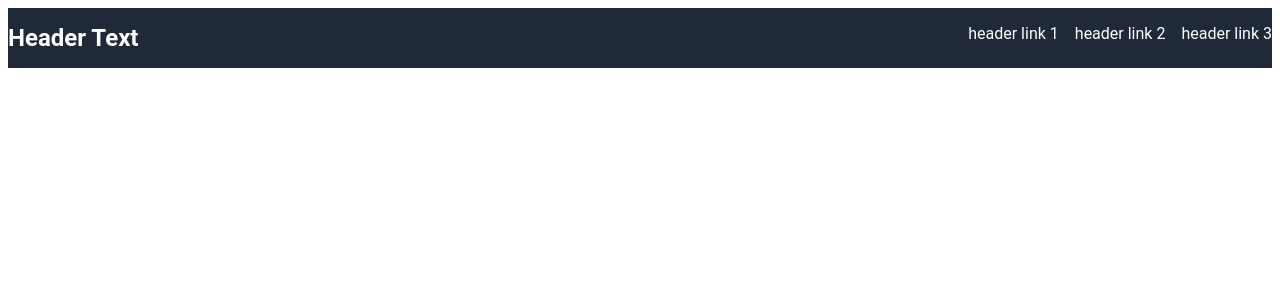
Repository: aaronestre/odin-landingpage
Page: index.html
These files come from the project's save history. The page is drawn as it stood at one moment and after the next save; the edit follows.
The browser window is 1280 px wide. The pictures show the whole page.

Above is the page before, as saved 2025-02-12 19:42:53.

After the next save:
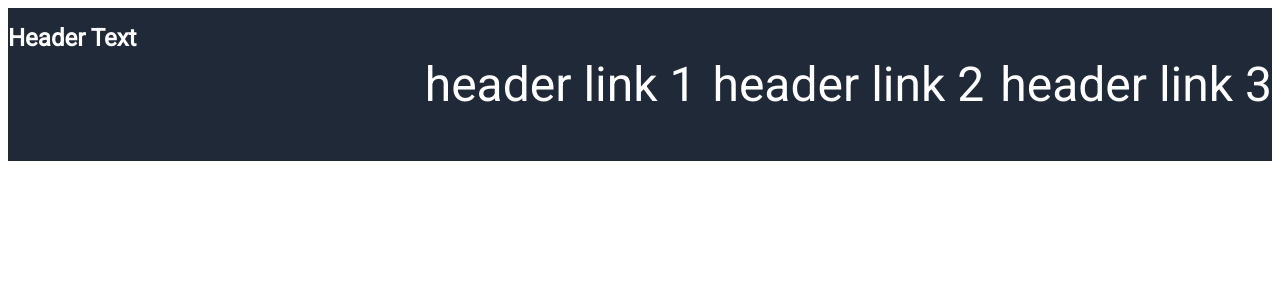
Saved 69 s later.
--- a/index.html
+++ b/index.html
@@ -1,10 +1,22 @@
 <!DOCTYPE html>
 <html lang="en">
     <head>
-        <meta charset="UTF-8">
-        <meta http-equiv="X-UA-Compatible" content="IE=edge">
-        <meta name="viewport" content="width=device-width, initial-scale=1.0">
-        <link rel="stylesheet" href="index.css">
+        <meta charset="UTF-8" />
+        <meta http-equiv="X-UA-Compatible" content="IE=edge" />
+        <meta name="viewport" content="width=device-width, initial-scale=1.0" />
+        <link rel="stylesheet" href="index.css" />
+        <link
+            href="http://fonts.googleapis.com/css?family=Roboto"
+            rel="stylesheet"
+            type="text/css"
+        />
+        <!-- use the font -->
+        <style>
+            body {
+                font-family: "Roboto", sans-serif;
+                font-size: 48px;
+            }
+        </style>
         <title>Odin Landing Page</title>
     </head>
     <body>
@@ -15,7 +27,6 @@
                 <p>header link 2</p>
                 <p>header link 3</p>
             </div>
-
         </header>
     </body>
 </html>

After the save that followed:
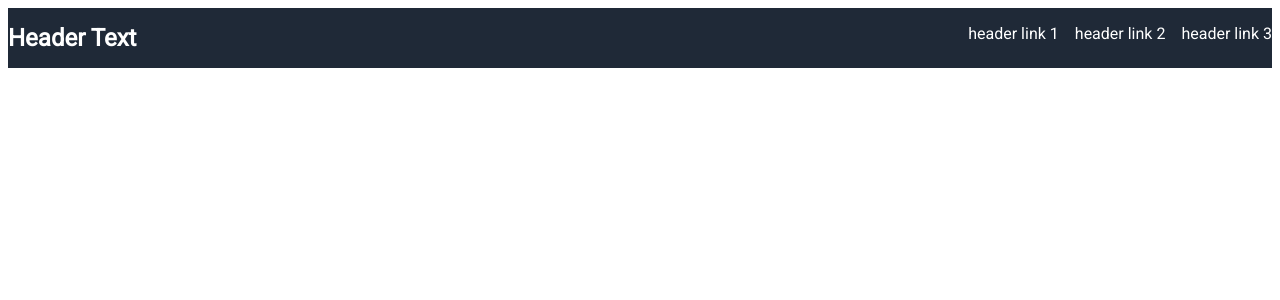
Saved 11 s later.
--- a/index.html
+++ b/index.html
@@ -10,11 +10,9 @@
             rel="stylesheet"
             type="text/css"
         />
-        <!-- use the font -->
         <style>
             body {
                 font-family: "Roboto", sans-serif;
-                font-size: 48px;
             }
         </style>
         <title>Odin Landing Page</title>
